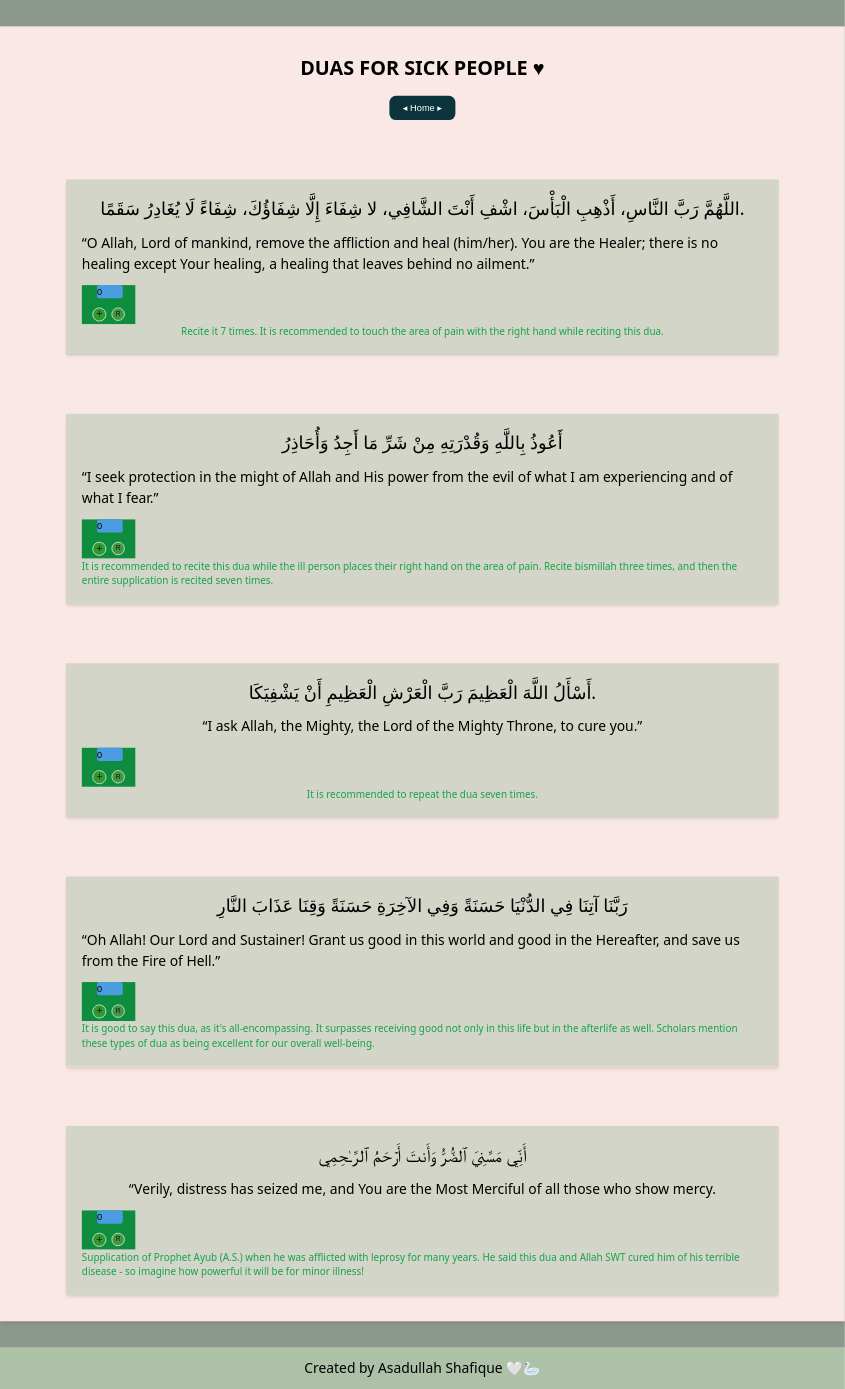
Repository: asadullah48/Duas_Diary
Page: /sick
The author's editor kept a copy of each file at every save. The page is drawn from the files as they stood at one save, then again after the next save.
The browser window is 1280 px wide. The pictures show the whole page, at 66% of full size.
The project was rebuilt for these pictures with package versions that can differ from the ones it lists, and the page was loaded fresh each time. The framework's server and built-in components were replaced by stand-ins that run in the browser. Also part of the build but not shown: next.config.ts.

Above is the page before, as saved 2024-11-30 10:21:59.

After the next save:
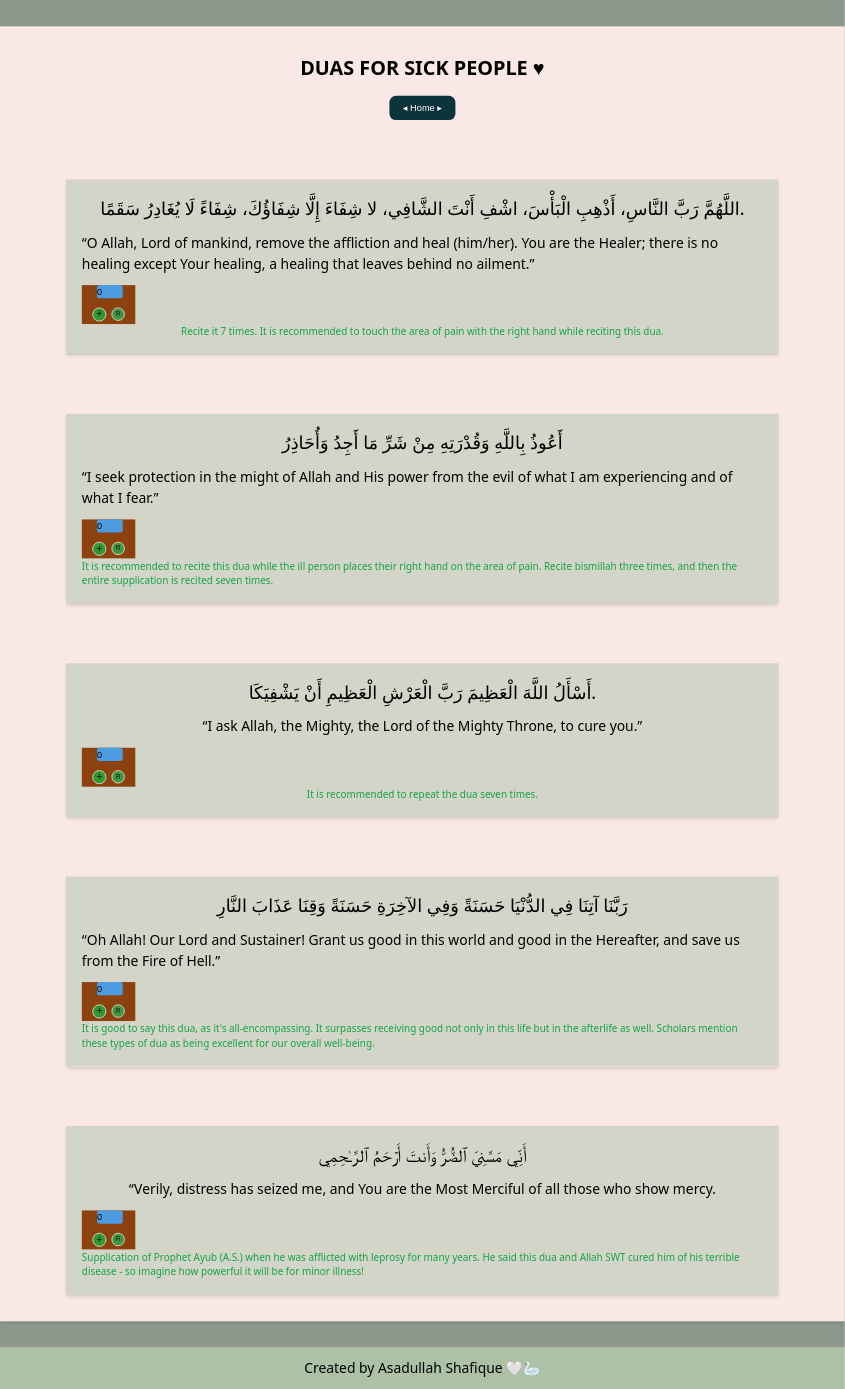
Saved 9 s later.
--- a/src/components/button.tsx
+++ b/src/components/button.tsx
@@ -16,7 +16,7 @@ export default function Button() {
   };
 
   return (
-    <div className="bg-[#0f8d3f] w-[81px] h-[59px] flex flex-col items-center justify-between">
+    <div className="bg-[#8d410f] w-[81px] h-[59px] flex flex-col items-center justify-between">
       <p className="text-black w-[39px] flex text-sm bg-[#4c9ce2] rounded ml-1">
         {count}
       </p>
